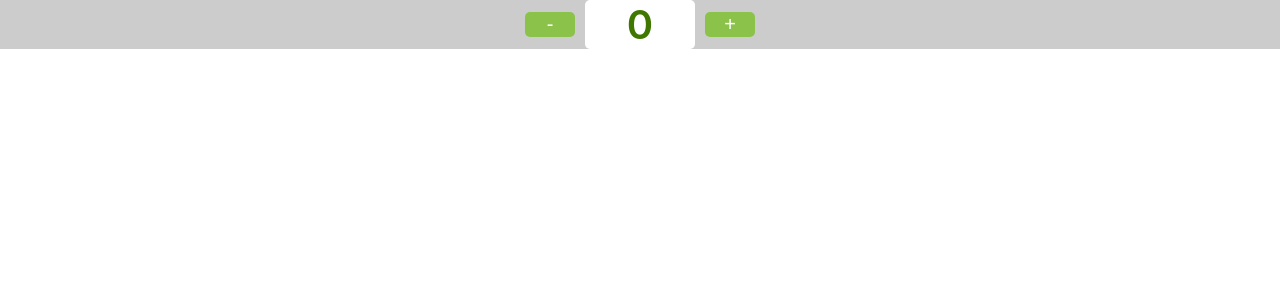
Repository: tatevkalashyan/homwork5-counter
Page: /
The author's editor kept a copy of each file at every save. The page is drawn from the files as they stood at one save, then again after the next save.
The browser window is 1280 px wide. The pictures show the whole page.
The project was rebuilt for these pictures with package versions that can differ from the ones it lists, and the page was loaded fresh each time.

Above is the page before, as saved 2020-11-24 18:04:18.

### src/App.js
// import logo from './logo.svg';
// import './App.css';

import { Fragment } from 'react';
import Calc from './Calc/Calc'
// import List from './List'

function App() {
  const colors = ['green', 'orange', 'yellow', 'red']
  return (
    <Fragment>
        <Calc />
        {/* <List colors={colors} /> */}
    </Fragment>


  );
}

export default App;

### src/Calc/Calc.js
import React, {Component} from 'react';
import './calc.css';

class  Calc extends Component {
    constructor () {
        super()
        this.handelClickPlus = this.handelClickPlus.bind(this)
        this.handelClickMin = this.handelClickMin.bind(this)
    }

    state= {
        count:0,
    }

     handelClickPlus () {
         this.setState({
             count: this.state.count+1
         })
    }

    handelClickMin () {
        this.setState({
            count: this.state.count-1
        })
   }

    render () {
        return (
            <div className="counter">
                <button onClick={this.handelClickMin}>-</button>
                <div className="number">{this.state.count}</div>
                <button onClick={this.handelClickPlus}>+</button>
            </div>
        )
    }
};


 export default Calc;

### src/Calc/calc.css
.counter {
    display: flex;
    width: 100%;
    justify-content: center;
    /* height: 100vh; */
    align-items: center;
    background-color: #ccc;
}
.buttons {
    display: flex;
    flex-direction: column;
}
.counter button{
    margin: 0 10px;
    min-width: 50px;
    height: 25px;
    background-color: #8BC34A;;
    color: white;
    font-size: 20px;
    border: 0;
    border-radius: 5px;
    outline: none;
    position: relative;
    ma
}
.number {
    font-size: 40px;
    color: rgb(64 119 0);
    min-width: 100px;
    text-align: center;
    font-weight: 600;
    background-color: #ffffff;
    border-radius: 5px;
    padding: 0 5px;
}
.counter button.disabled{
     visibility: hidden;
  }

Loaded but not shown: public/index.html (common file); src/index.js (common file); src/index.css (common file); src/reportWebVitals.js (common file)

After the next save:
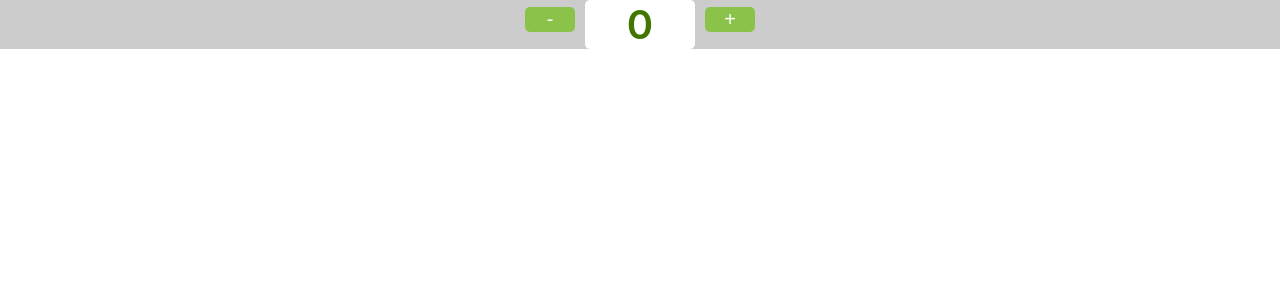
Saved 4 s later.
--- a/src/Calc/calc.css
+++ b/src/Calc/calc.css
@@ -21,7 +21,7 @@
     border-radius: 5px;
     outline: none;
     position: relative;
-    ma
+    margin-bottom: 10px;
 }
 .number {
     font-size: 40px;
